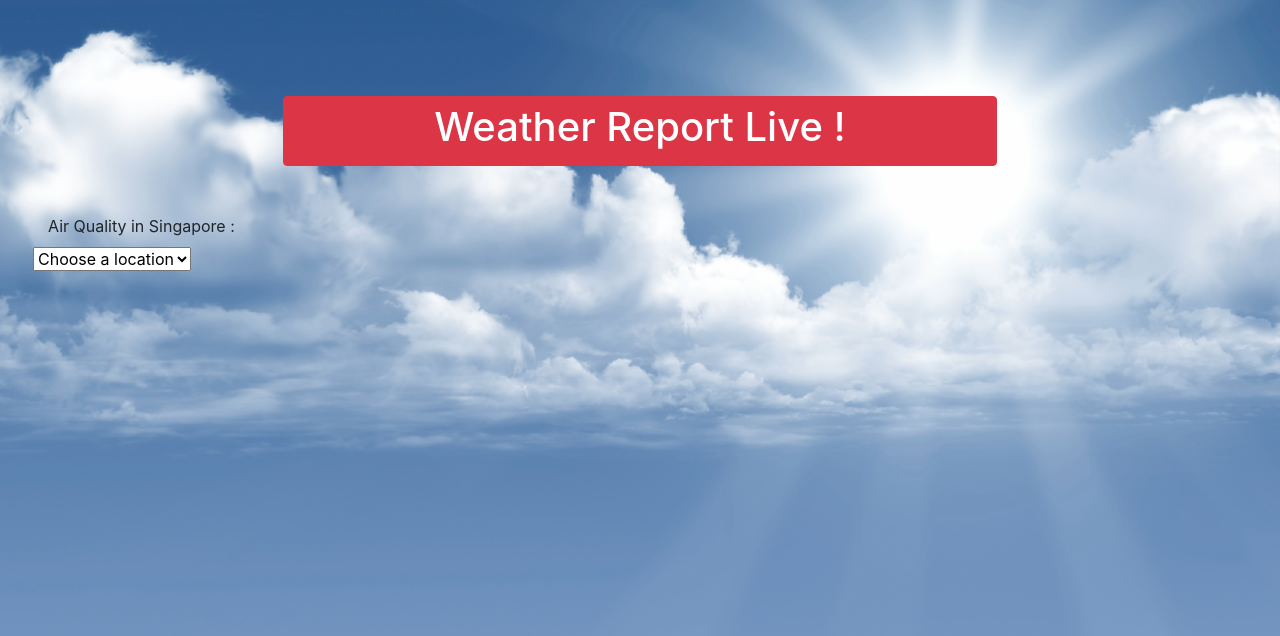
Repository: Code-Institute-Submissions/projectchen88-weatherForecast
Page: index.html
The author's editor kept a record of every edit. The page is drawn from the files as they stood at one moment, then again after the next edit.
The browser window is 1280 px wide. The pictures show the whole page.
The page's requests for data from a server got no answer.

Above is the page before.
Console error (its wording comes from the project's code and is left out).

### index.html
<!doctype html>
<html lang="en">

<head>
    <!-- Required meta tags -->
    <meta charset="utf-8">
    <meta name="viewport" content="width=device-width, initial-scale=1, shrink-to-fit=no">
    <!--AXIOS link-->
    <script src="https://unpkg.com/axios/dist/axios.min.js"></script>
    <!-- Bootstrap CSS -->
    <link rel="stylesheet" href="https://stackpath.bootstrapcdn.com/bootstrap/4.4.1/css/bootstrap.min.css" integrity="sha384-Vkoo8x4CGsO3+Hhxv8T/Q5PaXtkKtu6ug5TOeNV6gBiFeWPGFN9MuhOf23Q9Ifjh" crossorigin="anonymous">
    <!--Custom CSS-->
    <link rel="stylesheet" href="styles/style.css" type="text/css" />
    <title>Hello, world!</title>
</head>

<body>
    <main id='main-page' class='container-fluid p-5'>
        <!--Header-->
        <div class="row">
            <div class="col-8 p-5 mx-auto">
                <span class='btn btn-danger w-100'><h1>Weather Report Live ! </h1></span>
            </div>
        </div>



        <div class="row">
            <div class='col-12'> Air Quality in Singapore : <span id='status'></span></div>

            <hr/>

            <div>
                <div>
                    <select id="select">
                    <option>Choose a location</option>
                </select>
                </div>
                <div>
                    <p id='weather'></p>
                </div>
            </div>
        </div>
    </main>


    <!-- Optional JavaScript -->
    <!-- jQuery first, then Popper.js, then Bootstrap JS -->
    <script src="https://code.jquery.com/jquery-3.4.1.js" integrity="sha256-WpOohJOqMqqyKL9FccASB9O0KwACQJpFTUBLTYOVvVU=" crossorigin="anonymous"></script>
    <script src="https://cdn.jsdelivr.net/npm/popper.js@1.16.0/dist/umd/popper.min.js" integrity="sha384-Q6E9RHvbIyZFJoft+2mJbHaEWldlvI9IOYy5n3zV9zzTtmI3UksdQRVvoxMfooAo" crossorigin="anonymous"></script>
    <script src="https://stackpath.bootstrapcdn.com/bootstrap/4.4.1/js/bootstrap.min.js" integrity="sha384-wfSDF2E50Y2D1uUdj0O3uMBJnjuUD4Ih7YwaYd1iqfktj0Uod8GCExl3Og8ifwB6" crossorigin="anonymous"></script>
    <!--Custom JS script-->
    <script type="text/javascript" src="scripts/script.js"></script>
</body>

</html>

### scripts/script.js
/*  global $ axios */

var source1 = "https://api.data.gov.sg/v1/environment/2-hour-weather-forecast"
var source2 = "https://api.data.gov.sg/v1/environment/4-day-weather-forecast"
var forecastData =[]
var tempData =[]
var option =[]
var status


//AXIO TO GET DATA FROM JSON FILE (local)
function getForecast(callback) {
  axios.get(source1)
    .then(function(response) {
      let result = response.data;
      console.log(result)
      callback(result)
    })
}
function getTemp(callback) {
  axios.get(source2)
    .then(function(response) {
      let result = response.data.items[0].forecasts;
      console.log(result)
      callback(result)
    })
}
function displayDailyForecast( day ) {
  document.getElementById("forecast-title").innerHTML="Weather Forecast for date : " +tempData[day].date
  document.getElementById("forecast").innerHTML=tempData[day].forecast
  document.getElementById("humidity-high").innerHTML=tempData[day].relative_humidity.high
  document.getElementById("humidity-low").innerHTML=tempData[day].relative_humidity.low
  document.getElementById("temperature-high").innerHTML=tempData[day].temperature.high
  document.getElementById("temperature-low").innerHTML=tempData[day].temperature.low
  document.getElementById("wind-direction").innerHTML="The wind will be blowing in the "+tempData[day].wind.direction+" direction"
  document.getElementById("wind-speed-high").innerHTML=tempData[day].wind.speed.high
  document.getElementById("wind-speed-low").innerHTML=tempData[day].wind.speed.low

}
getTemp(function(data){
  tempData = data;
  tempData.count = 0 // tracker for the day result that is displayed
  displayDailyForecast (tempData.count)
  document.getElementById("forecast").innerHTML=tempData[0].forecast
})

getForecast( function(data) {
    forecastData = data
    status = forecastData.api_info.status
    document.getElementById("status").innerHTML = status;

    let forecastsArea = forecastData.items[0].forecasts

    var select = document.getElementById("select");
    for (let item in forecastsArea) {
      var el = document.createElement("option");
      el.textContent = forecastsArea[item].area;
      el.value = forecastsArea[item].area;
      select.appendChild(el);
    }
})

$ (function () {
  // $('#prev-day').hide();

  // Set the date of today to be displayed
  var d = new Date();
  var weekday = new Array(7);
  weekday[0] = "Sunday";
  weekday[1] = "Monday";
  weekday[2] = "Tuesday";
  weekday[3] = "Wednesday";
  weekday[4] = "Thursday";
  weekday[5] = "Friday";
  weekday[6] = "Saturday";
  var strDate = weekday[d.getDay()] + " : " + d.getDate() + " Day " + (d.getMonth()+1) + " Month " + d.getFullYear() + " Year " ;
  $('#dateToday').text(strDate)

  // Detect for change in option change in selection of area and display the weather
  $('#select').change(function(){
    // displayWeather()
    let forecastsArea = forecastData.items[0].forecasts
    for (let item in forecastsArea) {
      var select = $('#select').val()
      if (select == forecastsArea[item].area)
      $('#weather').text("The weather at "+ forecastsArea[item].area +" is expected to be "+forecastsArea[item].forecast)
    }
  })

  // Detect for change to view. forecast for next day
  $('#next-day').click( function () {
    if (tempData.count < 3) {
      tempData.count ++ ;
      displayDailyForecast(tempData.count)
      if (tempData.count >= 3) {
        // $('#next-day').hide()
      }
      $('#prev-day').text('<<')
    }
    else {
      $('#next-day').text('>>|')
    }
  })

  $('#prev-day').on('click', function () {
   if (tempData.count >= 0) {
      tempData.count -- ;
      displayDailyForecast(tempData.count)
      if (tempData.count <= 0 ) {
        $('#next-day').text(">>")
      }
      $('#prev-day').text('|<<')
    }
  })
})

Loaded but not shown: styles/style.css (common file)

After the next edit:
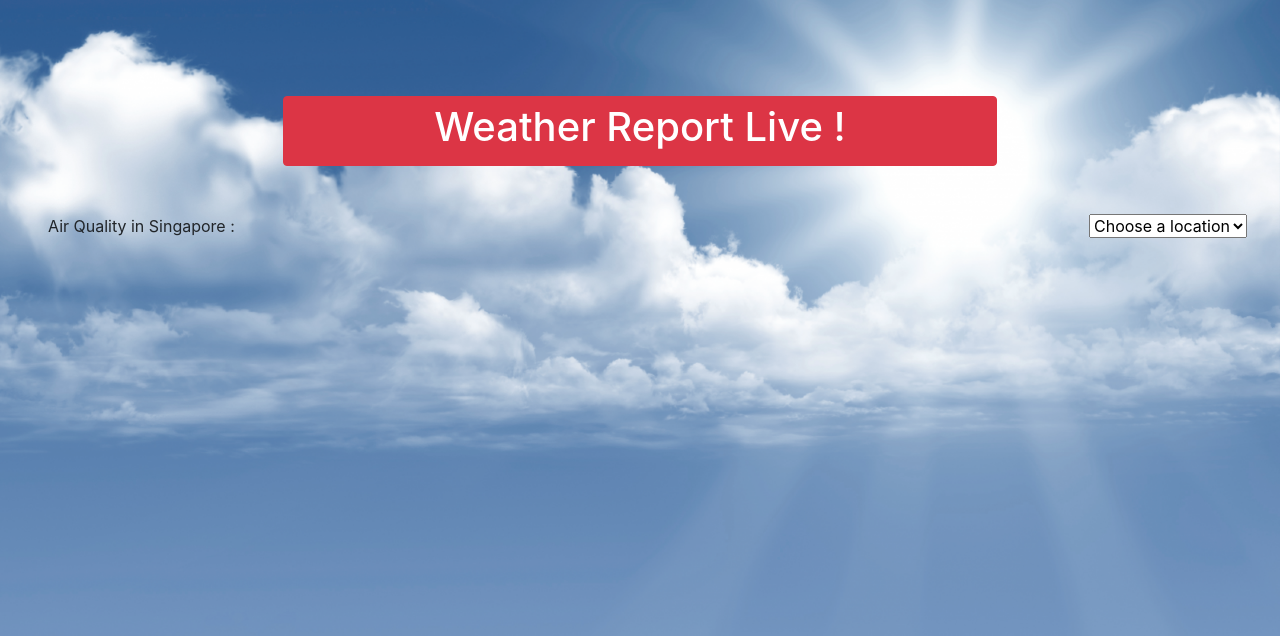
The edit:
--- a/index.html
+++ b/index.html
@@ -23,13 +23,13 @@
             </div>
         </div>
 
+        <!--Current Weather -->
+        <div class="row">
 
 
-        <div class="row">
-            <div class='col-12'> Air Quality in Singapore : <span id='status'></span></div>
 
+            <div class='col-4'> Air Quality in Singapore : <span id='status'></span></div>
             <hr/>
-
             <div>
                 <div>
                     <select id="select">
